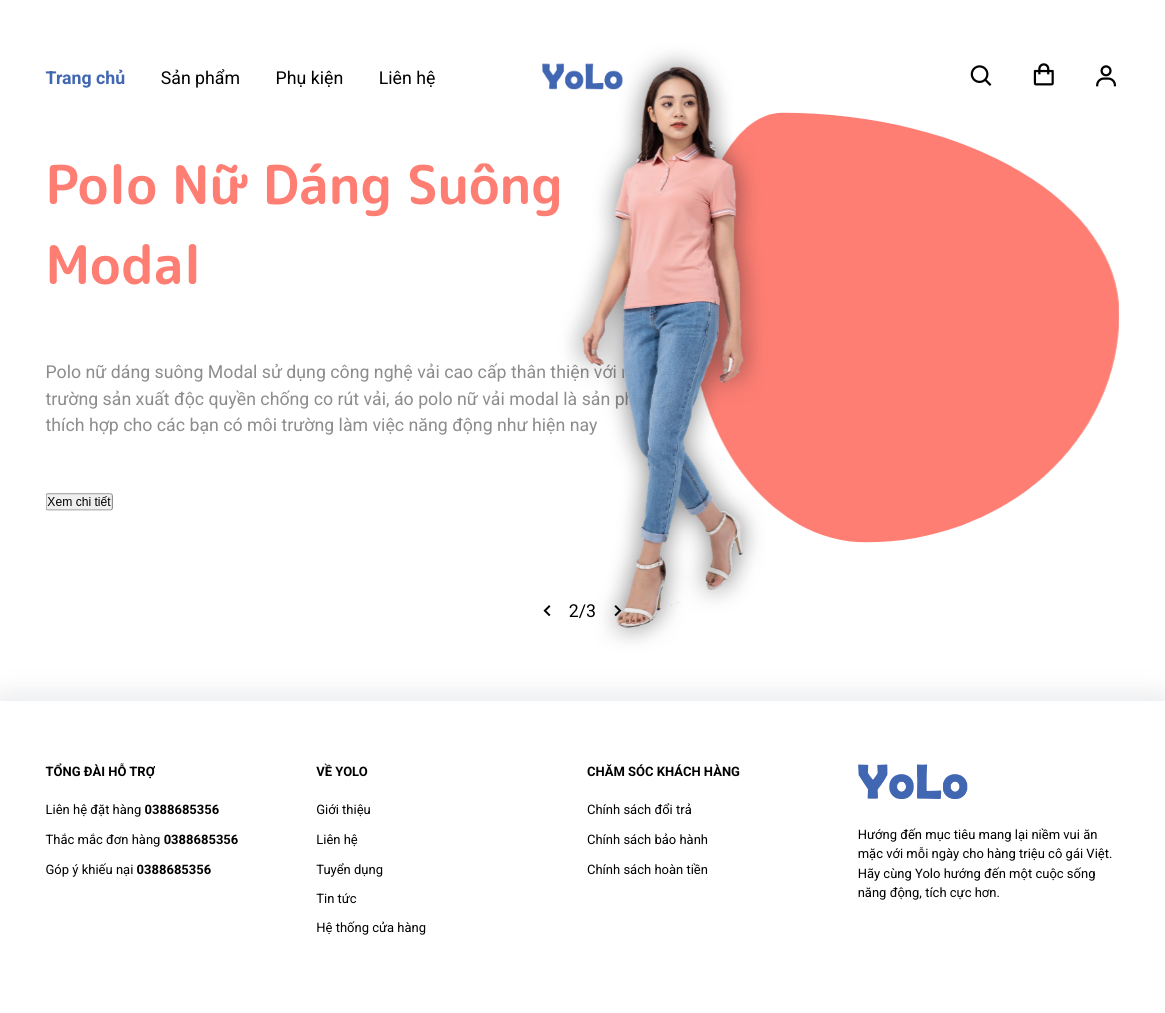
Repository: NguyenThanhBinh1210/Binh-React
Page: / (app in yoloshop/)
An editor plug-in stored every save of this project. The page is shown before and after the next save, followed by the edit.
The browser window is 1280 px wide. The pictures show the whole page, at 91% of full size.
The project was rebuilt for these pictures with package versions that can differ from the ones it lists, and the page was loaded fresh each time. A package was used in the major version that the imports need, not the one package.json lists. Also part of the build but not shown: yoloshop/src/pages/Product.jsx, yoloshop/src/pages/Catalog.jsx, yoloshop/src/pages/Cart.jsx, yoloshop/src/pages/Accessory.jsx, yoloshop/src/pages/Contact.jsx.

Above is the page before, as saved 2021-11-25 16:12:22.

### yoloshop/src/index.js
import React from 'react'
import ReactDOM from 'react-dom'
import Layout from './components/Layout'
import reportWebVitals from './reportWebVitals'
import './assets/boxicons-2.0.7/css/boxicons.min.css'
import './sass/index.scss'

ReactDOM.render(
	<React.StrictMode>
		<Layout />
	</React.StrictMode>,
	document.getElementById('root')
)

// If you want to start measuring performance in your app, pass a function
// to log results (for example: reportWebVitals(console.log))
// or send to an analytics endpoint. Learn more: https://bit.ly/CRA-vitals
reportWebVitals()

### yoloshop/src/components/Layout.jsx
import React from 'react'
import { BrowserRouter, Route } from 'react-router-dom'
import Header from './Header'
import Footer from './Footer'
import Routess from '../routes/Routess'

export default function Layout() {
	return (
		<BrowserRouter>
			<Route
				render={props => (
					<div>
						<Header {...props} />
						<div className="container">
							<div className="main">
								<Routess />
							</div>
						</div>
						<Footer />
					</div>
				)}
			/>
		</BrowserRouter>
	)
}

### yoloshop/src/sass/index.scss
@import './variables';
@import './mixins';
@import './base.scss';

@import './components/header';
@import './components/footer';
@import './components/hero-slider.scss';

### yoloshop/src/components/Header.jsx
import React, { useEffect, useRef } from 'react'
import logo from '../assets/images/Logo-2.png'
import { Link, useLocation } from 'react-router-dom'

const mainNav = [
	{
		display: 'Trang chủ',
		path: '/'
	},
	{
		display: 'Sản phẩm',
		path: '/catalog'
	},
	{
		display: 'Phụ kiện',
		path: '/accessories'
	},
	{
		display: 'Liên hệ',
		path: '/contact'
	}
]
export default function Header() {
	const { pathname } = useLocation()
	const activeNav = mainNav.findIndex(e => e.path === pathname)
	const headerRef = React.useRef(null)

	useEffect(() => {
		window.addEventListener('scroll', () => {
			if (
				document.body.scrollTop > 80 ||
				document.documentElement.scrollTop > 80
			) {
				headerRef.current.classList.add('shrink')
			} else {
				headerRef.current.classList.remove('shrink')
			}
		})
		return () => {
			window.removeEventListener('scroll')
		}
	}, [])

	const menuLeft = useRef(null)

	const menuToggle = () => menuLeft.current.classList.toggle('active')

	return (
		<div className="header" ref={headerRef}>
			<div className="container">
				<div className="header__logo">
					<Link to="/">
						<img src={logo} alt="logo" />
					</Link>
				</div>
				<div className="header__menu">
					<div className="header__menu__mobile-toggle" onClick={menuToggle}>
						<i class="bx bx-menu-alt-left"></i>
					</div>
					<div className="header__menu__left" ref={menuLeft}>
						<div className="header__menu__left__close" onClick={menuToggle}>
							<i class="bx bx-chevron-left"></i>
						</div>
						{mainNav.map((item, index) => (
							<div
								key={index}
								className={`header__menu__item  header__menu__left__item ${
									index === activeNav ? 'active' : ''
								}`}
								onClick={menuToggle}
							>
								<Link to={item.path}>
									<span>{item.display}</span>
								</Link>
							</div>
						))}
					</div>
					<div className="header__menu__right">
						<div className="header__menu__item header__menu__right__item">
							<i class="bx bx-search"></i>
						</div>
						<div className="header__menu__item header__menu__right__item">
							<Link to="/cart">
								<i class="bx bx-shopping-bag"></i>
							</Link>
						</div>
						<div className="header__menu__item header__menu__right__item">
							<i class="bx bx-user"></i>
						</div>
					</div>
				</div>
			</div>
		</div>
	)
}

### yoloshop/src/components/Footer.jsx
import React from 'react'
import { Link } from 'react-router-dom'
import Grid from './Grid'
import logo from '../assets/images/Logo-2.png'

const footerAboutLinks = [
	{
		display: 'Giới thiệu',
		path: '/about'
	},
	{
		display: 'Liên hệ',
		path: '/contact'
	},
	{
		display: 'Tuyển dụng',
		path: '/about'
	},
	{
		display: 'Tin tức',
		path: '/about'
	},
	{
		display: 'Hệ thống cửa hàng',
		path: '/about'
	}
]

const footerCustomLinks = [
	{
		display: 'Chính sách đổi trả',
		path: '/about'
	},

	{
		display: 'Chính sách bảo hành',
		path: '/about'
	},

	{
		display: 'Chính sách hoàn tiền',
		path: '/about'
	}
]

export default function Footer() {
	return (
		<footer className="footer">
			<div className="container">
				<Grid col={4} mdCol={2} smCol={1} gap={10}>
					<div>
						<div className="footer__title">Tổng đài hỗ trợ</div>
						<div className="footer__content">
							<p>
								Liên hệ đặt hàng <strong> 0388685356</strong>
							</p>
							<p>
								Thắc mắc đơn hàng <strong> 0388685356</strong>
							</p>
							<p>
								Góp ý khiếu nại <strong> 0388685356</strong>
							</p>
						</div>
					</div>
					<div>
						<div className="footer__title">Về Yolo</div>
						<div className="footer__content">
							{footerAboutLinks.map((item, i) => (
								<p key={i} className="">
									<Link to={item.path}>{item.display}</Link>
								</p>
							))}
						</div>
					</div>
					<div>
						<div className="footer__title">Chăm sóc khách hàng</div>
						<div className="footer__content">
							{footerCustomLinks.map((item, i) => (
								<p key={i} className="">
									<Link to={item.path}>{item.display}</Link>
								</p>
							))}
						</div>
					</div>
					<div className="footer__about">
						<p>
							<Link to="/">
								<img src={logo} className="footer__logo" alt="logo" />
							</Link>
						</p>
						<p>
							Hướng đến mục tiêu mang lại niềm vui ăn mặc với mỗi ngày cho hàng
							triệu cô gái Việt. Hãy cùng Yolo hướng đến một cuộc sống năng
							động, tích cực hơn.
						</p>
					</div>
				</Grid>
			</div>
		</footer>
	)
}

### yoloshop/src/routes/Routess.jsx
import React from 'react'
import { Switch, Route } from 'react-router-dom'
import Home from '../pages/Home'
import Product from '../pages/Product'
import Catalog from '../pages/Catalog'
import Cart from '../pages/Cart'
import Accessory from '../pages/Accessory'
import Contact from '../pages/Contact'

const Routess = () => {
	return (
		<Switch>
			<Route path="/" exact component={Home}></Route>
			<Route path="/catalog/:slug" component={Product}></Route>
			<Route path="/catalog" component={Catalog}></Route>
			<Route path="/cart" component={Cart}></Route>
			<Route path="/accessories" component={Accessory}></Route>
			<Route path="/contact" component={Contact}></Route>
		</Switch>
	)
}

export default Routess

### yoloshop/src/sass/_variables.scss
$main-bg: #fff;
$main-color: #4267b2;

$txt-main-color: #000000;
$txt-second-color: #8d8d8d;
$txt-white: #fff;

$btn-main-bg: $main-color;
$btn-main-color: #fff;

$header-height: 170px;
$header-tablet-height: 70px;
$header-mobile-height: 40px;
$header-shrink-height: 70px;

$box-shadow: rgba(149, 157, 165, 0.2) 0px 0px 24px 8px;

$colors: (
	'blue': #4267b2,
	'orange': #fbb96b,
	'pink': #fe7e73,
	'white': #fff,
	'black': #000,
	'main': $main-color
);

$mobile-width: 600px;
$tablet-width: 1024px;

$numbers: (0, 1, 2, 3, 4, 5, 6, 7, 8);

### yoloshop/src/sass/_mixins.scss
@mixin flex($align-item, $justify-content) {
	display: flex;
	align-items: $align-item;
	justify-content: $justify-content;
}

@mixin mobile {
	@media only screen and (max-width: $mobile-width) {
		@content;
	}
}
@mixin tablet {
	@media only screen and (max-width: $tablet-width) {
		@content;
	}
}

### yoloshop/src/sass/_base.scss
@import url('https://fonts.googleapis.com/css2?family=Roboto:ital,wght@0,100;0,300;0,400;0,500;0,700;0,900;1,100;1,300;1,400;1,500;1,700;1,900&display=swap');

@import url('https://fonts.googleapis.com/css2?family=M+PLUS+Rounded+1c:wght@100;300;400;500;700;800;900&display=swap');

* {
	padding: 0;
	margin: 0;
	box-sizing: border-box;
	-webkit-tap-highlight-color: transparent;
	user-select: none;
}

html {
	font-size: 13px;
}

body {
	font-family: 'Roboto', sans-serif;
}

ul {
	list-style-type: none;
}

a {
	text-decoration: none;
	color: unset;
}

@each $color, $val in $colors {
	.color-#{$color} {
		color: $val;
	}

	.bg-#{$color} {
		background-color: $val;
	}
}

@each $val in $numbers {
	.grid-col-#{$val} {
		grid-template-columns: repeat($val, 1fr);
	}
}

@each $val in $numbers {
	.grid-col-md-#{$val} {
		@include tablet {
			grid-template-columns: repeat($val, 1fr);
		}
	}
}

@each $val in $numbers {
	.grid-col-sm-#{$val} {
		@include mobile {
			grid-template-columns: repeat($val, 1fr);
		}
	}
}

.container {
	width: 100%;
	max-width: 1620px;
	padding: 0 50px;
	margin: auto;

	@include tablet {
		padding: 0 20px;
	}

	@include mobile {
		padding: 0 10px;
	}
}

.main {
	margin-top: $header-height;
	margin-bottom: 2rem;
	min-height: 100vh;

	@include tablet {
		margin-top: calc(#{$header-tablet-height} + 20px);
	}
	@include mobile {
		margin-top: calc(#{$header-mobile-height} + 10px);
	}
}

.grid {
	display: grid;
}

### yoloshop/src/sass/components/_header.scss
.header {
	background-color: $main-bg;
	position: fixed;
	top: 0;
	left: 0;
	width: 100%;
	z-index: 99;
	height: $header-height;
	transition: height 0.3s ease;

	@include tablet {
		height: $header-tablet-height;
		box-shadow: $box-shadow;
	}
	@include mobile {
		height: $header-mobile-height;
	}

	.container {
		height: 100%;
	}

	&.shrink {
		height: $header-shrink-height;
		box-shadow: $box-shadow;
		z-index: 10001;
	}

	&__logo {
		@include flex(center, center);
		position: absolute;
		inset: 0;
		pointer-events: none;

		img {
			height: 28px;
		}
	}

	&__menu {
		@include flex(center, space-between);
		height: 100%;
		font-size: 1.5rem;

		&__item ~ &__item {
			margin-left: 39px;
			@include tablet {
				margin-left: 20px;
			}
			@include mobile {
				margin-left: 10px;
			}
		}
		&__item.active {
			font-weight: 600;
			color: $main-color;
		}
		&__item:hover {
			color: $main-color;
		}
		&__left,
		&__right {
			@include flex(center, center);
			height: 100%;
		}

		&__right {
			font-size: 2.25rem;
			&__item {
				@include flex(center, center);
			}
			@include mobile {
				font-size: 1.5rem;
			}
		}

		&__left {
			&__close {
				display: none;
			}

			@include tablet {
				flex-direction: column;
				background-color: $main-bg;
				position: absolute;
				left: 0;
				top: 0;
				width: 100%;
				height: 100vh;
				justify-content: flex-start;
				padding-top: 30px;
				transform: translateX(-100%);
				transition: transform 0.5s ease;

				&.active {
					transform: translateX(0);
				}

				&__item ~ &__item {
					margin-left: unset;
					margin-top: 20px;
				}
				&__close {
					display: block;
					position: absolute;
					left: 20px;
					font-size: 2.5rem;
				}
			}
		}
		&__mobile-toggle {
			display: none;

			@include tablet {
				display: block;
				font-size: 2.5rem;
			}
		}
	}
}

### yoloshop/src/sass/components/_footer.scss
.footer {
	padding: 70px 0;
	box-shadow: $box-shadow;
	font-size: 1.1rem;
	a:hover {
		color: $main-color;
	}
	&__logo {
		height: 38px;
	}
	&__about {
		p {
			margin-bottom: 2rem;
		}
		p:not(:first-child) {
			line-height: 1.5;
		}
	}
	&__title {
		text-transform: uppercase;
		margin-bottom: 2rem;
		font-weight: 600;
	}
	&__content {
		p {
			margin-bottom: 1.25rem;
		}
	}
}

### yoloshop/src/sass/components/_hero-slider.scss
.hero-slider {
	height: 100vh;
	max-height: 1080px;
	overflow: hidden;
	position: relative;
	margin-bottom: 50px;
	margin-top: calc(#{$header-height} * -1);
	@include tablet {
		margin-top: calc(#{$header-tablet-height} * -1);
	}
	@include mobile {
		margin-top: calc(#{$header-mobile-height} * -1);
	}
	&__item {
		@include flex(center, space-between);
		opacity: 0;
		visibility: hidden;
		pointer-events: none;
		position: absolute;
		inset: 0;
		&.active {
			opacity: 1;
			visibility: visible;
			pointer-events: visible;
		}
		&__info {
			width: 58.33%;
			&__title,
			&__description {
				margin-bottom: 60px;

				@include tablet {
					margin-bottom: 15px;
				}
			}
			&__title {
				font-family: 'M Plus Rounded 1c', sans-serif;
				font-weight: 600;
				font-size: 4.5rem;
				line-height: 6.75rem;
				overflow: hidden;
			}
			&__description {
				color: $txt-second-color;
				font-size: 1.5rem;
				line-height: 2.25rem;
				overflow: hidden;
			}
			&__btn {
				overflow: hidden;
			}
		}
		&__image {
			flex-grow: 1;
			position: relative;
			height: 100%;
			z-index: 1000;
			pointer-events: none;
			img {
				height: 100vh;
				position: absolute;
				bottom: 0;
				left: -50%;
			}
			.shape {
				$size: 472px;
				height: $size;
				width: $size;
				position: absolute;
				right: 0;
				top: 50%;
				border-radius: 30% 70% 70% 30% / 30% 30% 70% 70%;
				transform: translate(0, -50%);
				transition: border-radius 13s ease;
				animation: border 10s infinite forwards;
			}
		}
	}
	&__control {
		@include flex(center, center);
		position: absolute;
		bottom: 5%;
		left: 50%;
		transform: translateX(-50%);

		&__item ~ &__item {
			margin-left: 10px;
		}
		&__item {
			@include flex(center, center);
			font-size: 2rem;
			cursor: pointer;

			&:hover {
				color: $main-color;
			}
			.index {
				font-size: 1.5rem;
			}
		}
	}
}

@keyframes border {
	0% {
		border-radius: 30% 70% 70% 30% / 30% 30% 70% 70%;
	}
	50% {
		border-radius: 20% 80% 59% 41% / 43% 45% 55% 57%;
	}
	100% {
		border-radius: 32% 68% 59% 41% / 53% 59% 41% 47%;
	}
}

### yoloshop/src/components/Grid.jsx
import React from 'react'
import PropTypes from 'prop-types'

const Grid = props => {
	const style = {
		gap: props.gap ? `${props.gap}px` : '0'
	}
	const col = props.col ? `grid-col-${props.col}` : '0'
	const mdCol = props.mdCol ? `grid-col-${props.mdCol}` : '0'
	const smCol = props.smCol ? `grid-col-${props.smCol}` : '0'
	return (
		<div className={`grid ${col} ${mdCol} ${smCol}`} style={style}>
			{props.children}
		</div>
	)
}

Grid.propTypes = {
	col: PropTypes.number.isRequired,
	mdCol: PropTypes.number,
	smCol: PropTypes.number,
	gap: PropTypes.number
}

export default Grid

### yoloshop/src/pages/Home.jsx
import React from 'react'
import heroSliderData from '../assets/fake-data/hero-slider'
import Helmet from '../components/Helmet'
import HeroSlider from '../components/HeroSlider'

const Home = () => {
	return (
		<Helmet title="Trang chủ">
			<HeroSlider
				data={heroSliderData}
				control={true}
				auto={true}
				timeOut={4000}
			/>
		</Helmet>
	)
}

export default Home

### yoloshop/src/assets/fake-data/hero-slider.js
const img1 = require('../images/slider/slide_1.png').default
const img2 = require('../images/slider/slide_2.png').default
const img3 = require('../images/slider/slide_3.png').default

const heroSliderData = [
	{
		title: 'Polo nữ Pima cao cấp',
		description:
			'Nhắc đến sự đẳng cấp là không thể không nhắc đến dòng vải pima. Nó tạo nên chất lượng tốt nhất cho bất kỳ sản phẩm thời trang nào. Sợi vải pima dài và dày hơn sợi cotton thông thường gấp đôi nhờ công nghệ dệt tân tiến. Điều đó làm cho kết cấu áo polo chắc chắn, bền chặt, hạn chế tối đa xù lông, mềm mượt, bền màu, vô cùng đảm bảo sức khoẻ người dùng',
		img: img1,
		color: 'blue',
		path: '/catalog/ao-thun-dinosaur-01'
	},
	{
		title: 'Polo Nữ Dáng Suông Modal',
		description:
			'Polo nữ dáng suông Modal sử dụng công nghệ vải cao cấp thân thiện với môi trường sản xuất độc quyền chống co rút vải, áo polo nữ vải modal là sản phẩm thích hợp cho các bạn có môi trường làm việc năng động như hiện nay',
		img: img2,
		path: '/catalog/ao-thun-dinosaur-02',
		color: 'pink'
	},
	{
		title: 'Polo Nữ Coolmax Lacoste',
		description:
			'Mẫu áo polo nữ được làm bằng chất liệu coolmax đem lại cảm giác mát lạnh khi mặc. Thiết kế mẫu áo polo coolmax này có kiểu dáng cực kỳ thoải mái. Tạo sự gọn gàng hứa hẹn sẽ là mẫu áo polo vô cùng hot trong thời điểm sắp tới',
		img: img3,
		path: '/catalog/ao-thun-dinosaur-03',
		color: 'orange'
	}
]

export default heroSliderData

### yoloshop/src/components/Helmet.jsx
import React from 'react'
import PropTypes from 'prop-types'

const Helmet = props => {
	document.title = 'Yolo - ' + props.title

	return <div>{props.children}</div>
}

Helmet.propTypes = {
	title: PropTypes.string.isRequired
}

export default Helmet

### yoloshop/src/components/HeroSlider.jsx
import React, { useCallback, useEffect, useState } from 'react'
import PropTypes from 'prop-types'
import { Link } from 'react-router-dom'

const HeroSlider = props => {
	const data = props.data
	// const activeSlider = 0
	const [activeSlider, setActiveSlider] = useState(0)

	const nextSlide = useCallback(() => {
		const _index = activeSlider + 1 === data.length - 1 ? 0 : activeSlider + 1
		setActiveSlider(_index)
	}, [activeSlider, data])

	const prevSlide = () => {
		const _index = activeSlider - 1 < 0 ? data.length - 1 : activeSlider - 1
		setActiveSlider(_index)
	}
	const timeOut = props.timeOut ? props.timeOut : 3000

	useEffect(() => {
		if (props.auto) {
			const sliderAuto = setInterval(() => {
				nextSlide()
			}, timeOut)
			return () => {
				clearInterval(sliderAuto)
			}
		}
	}, [nextSlide, timeOut, props])
	return (
		<div className="hero-slider">
			{data.map((item, index) => (
				<HeroSliderItem
					key={index}
					item={item}
					active={index === activeSlider}
				/>
			))}
			{props.control ? (
				<div className="hero-slider__control">
					<div className="hero-slider__control__item" onClick={prevSlide}>
						<i className="bx bx-chevron-left"></i>
					</div>
					<div className="hero-slider__control__item">
						<div className="index">
							{activeSlider + 1}/{data.length}
						</div>
					</div>

					<div className="hero-slider__control__item" onClick={nextSlide}>
						<i className="bx bx-chevron-right"></i>
					</div>
				</div>
			) : null}
		</div>
	)
}

HeroSlider.propTypes = {
	data: PropTypes.array.isRequired,
	control: PropTypes.bool,
	auto: PropTypes.bool,
	timeOut: PropTypes.number
}

const HeroSliderItem = props => (
	<div className={`hero-slider__item ${props.active ? 'active' : ''}`}>
		<div className="hero-slider__item__info">
			<div
				className={`hero-slider__item__info__title color-${props.item.color}`}
			>
				<span> {props.item.title}</span>
			</div>
			<div className="hero-slider__item__info__description">
				<span> {props.item.description}</span>
			</div>
			<div className="hero-slider__item__info__btn">
				<Link to={props.item.path}>
					<button>Xem chi tiết</button>
				</Link>
			</div>
		</div>
		<div className="hero-slider__item__image">
			<div className={`shape bg-${props.item.color}`}></div>
			<img src={props.item.img} alt={props.item.title} />
		</div>
	</div>
)

export default HeroSlider

Loaded but not shown: yoloshop/public/index.html (common file); yoloshop/src/reportWebVitals.js (common file); yoloshop/src/assets/boxicons-2.0.7/css/boxicons.min.css (library)

After the next save:
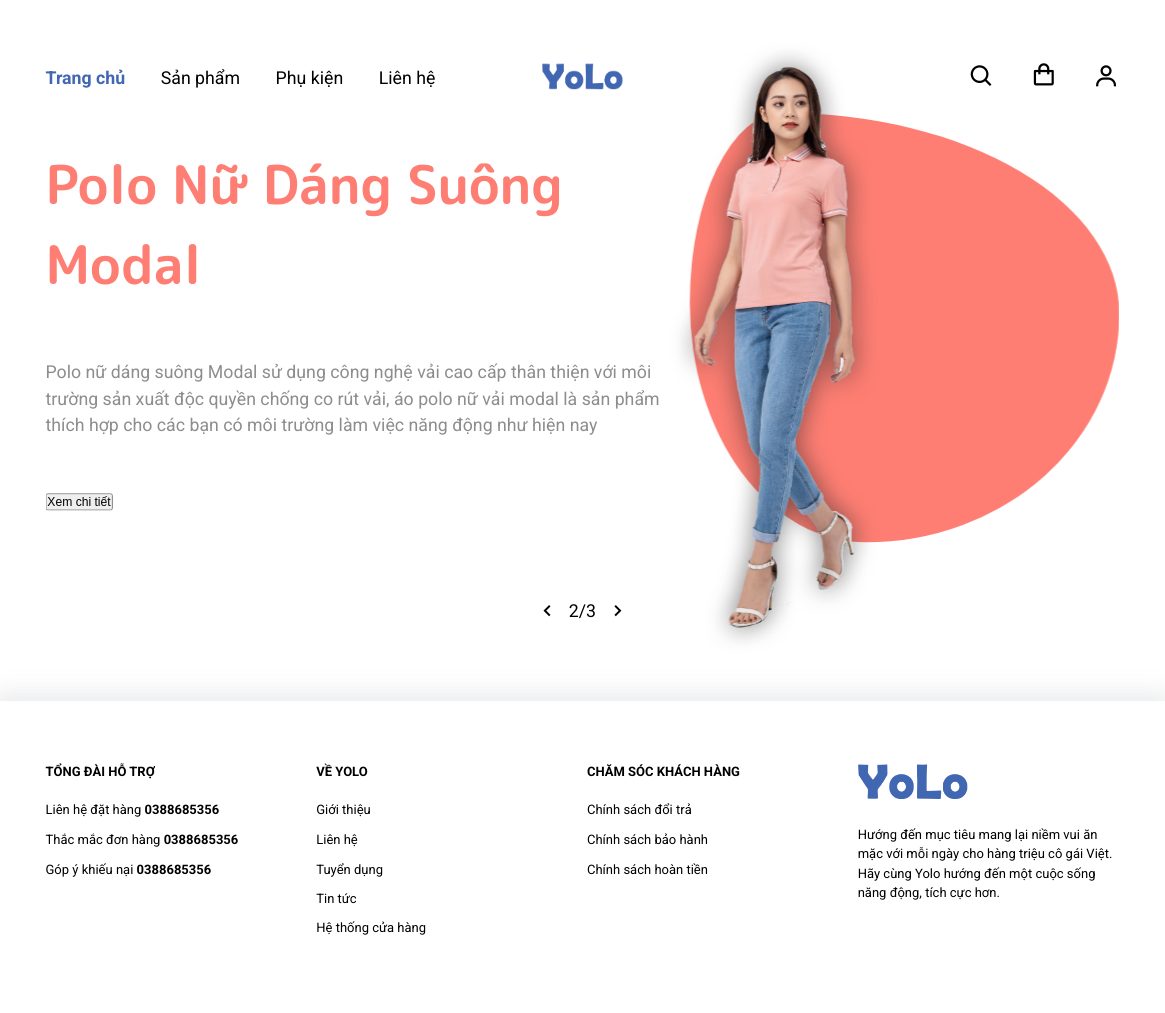
Saved 6 s later.
--- a/yoloshop/src/sass/components/_hero-slider.scss
+++ b/yoloshop/src/sass/components/_hero-slider.scss
@@ -60,7 +60,7 @@
 				height: 100vh;
 				position: absolute;
 				bottom: 0;
-				left: -50%;
+				left: -25%;
 			}
 			.shape {
 				$size: 472px;
